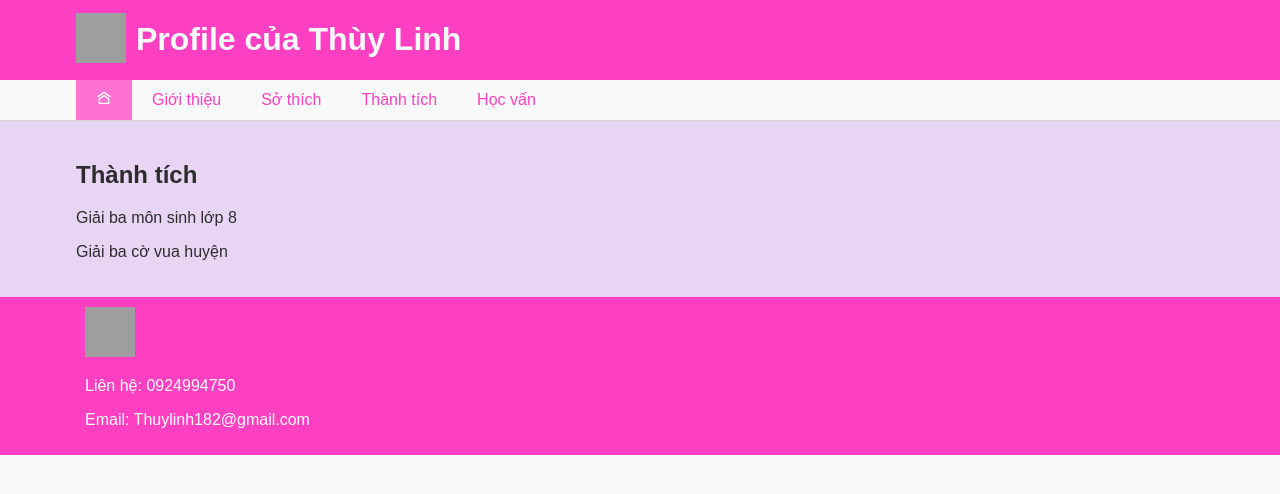
Repository: DucLong-PD07979/profile-vu-thuy-linh
Page: thanh-tich.html
An editor plug-in stored every save of this project. The page is shown before and after the next save, followed by the edit.
The browser window is 1280 px wide. The pictures show the whole page.
Pictures or frames that could not be fetched are drawn as grey boxes.

Above is the page before, as saved 2025-03-13 21:04:42.
Not found: script.js

After the next save:
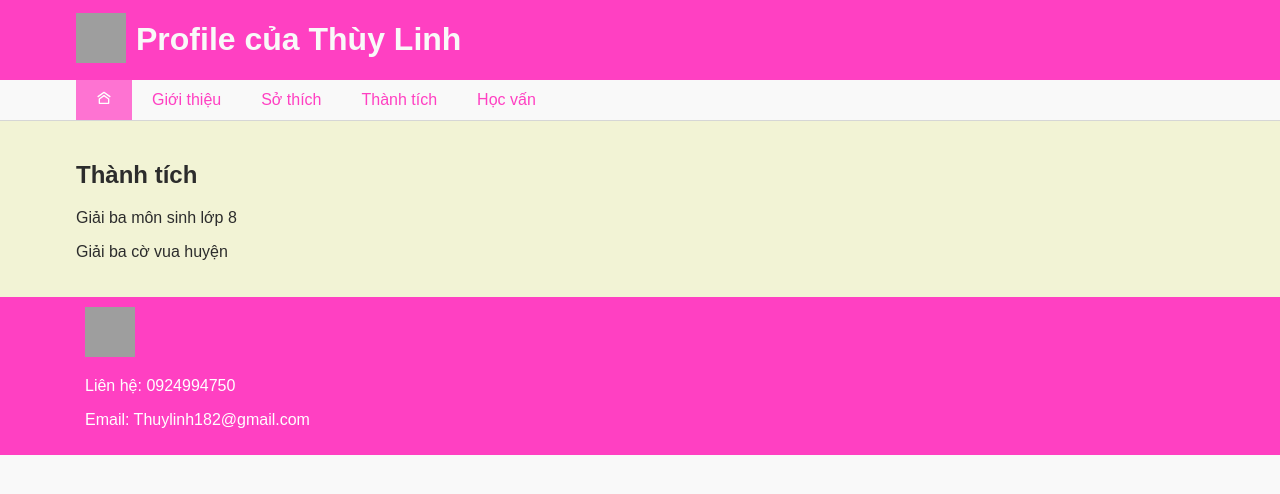
Saved 8 s later.
--- a/css/main.css
+++ b/css/main.css
@@ -189,7 +189,7 @@ nav ul li:hover .menu-children {
 /* thanh tich */
 
 #achievements {
-    background-color: #e8d5f3;
+    background-color: #f2f3d5;
     width: 100%;
     padding: 20px 0;
 }
